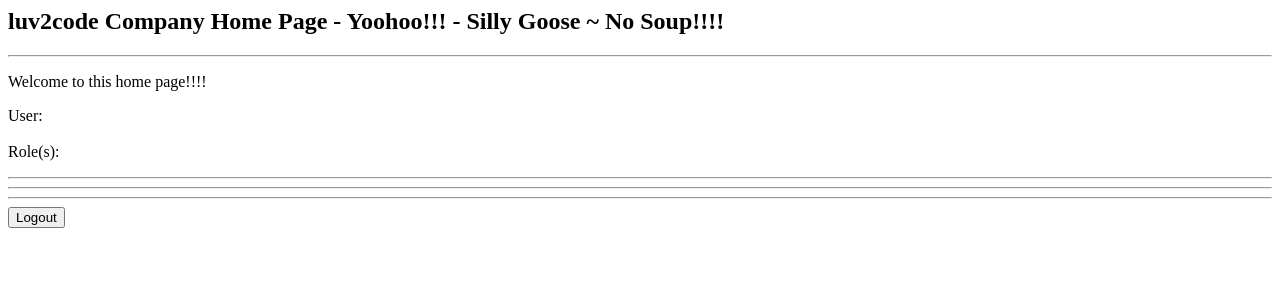
Repository: JT12s/Ecllipse-SpringPrcaticeProject
Page: http://localhost/spring-security-demo-07-user-roles/WEB-INF/view/home.jsp
An editor plug-in stored every save of this project. The page is shown before and after the next save, followed by the edit.
The browser window is 1280 px wide. The pictures show the whole page.
The page is served by Tomcat 9. Nobody is signed in. The template is opened directly, without the code that normally fills it, so the values that code supplies are empty.

Above is the page before, as saved 2022-08-07 01:52:52.

After the next save:
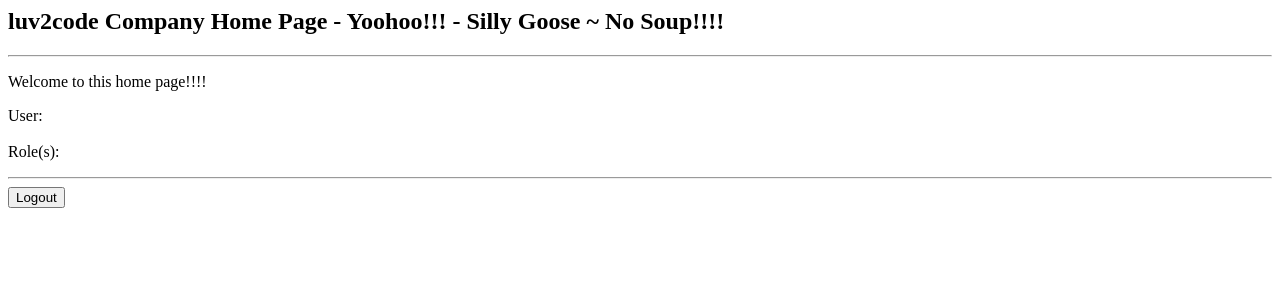
Saved 65 s later.
--- a/spring-security-demo-07-user-roles/src/main/webapp/WEB-INF/view/home.jsp
+++ b/spring-security-demo-07-user-roles/src/main/webapp/WEB-INF/view/home.jsp
@@ -33,7 +33,6 @@
 		</p>
 
 	</security:authorize>
-	<hr>
 
 	<security:authorize access="hasRole('ADMIN')">
 		<!-- Add a link to point to /systems ... this is for the admins -->
@@ -43,7 +42,6 @@
 			(Only for Admin peeps)
 		</p>
 	</security:authorize>
-	<hr>
 
 	<!-- Add a logout button -->
 	<form:form action="${pageContext.request.contextPath }/logout" method="POST">
